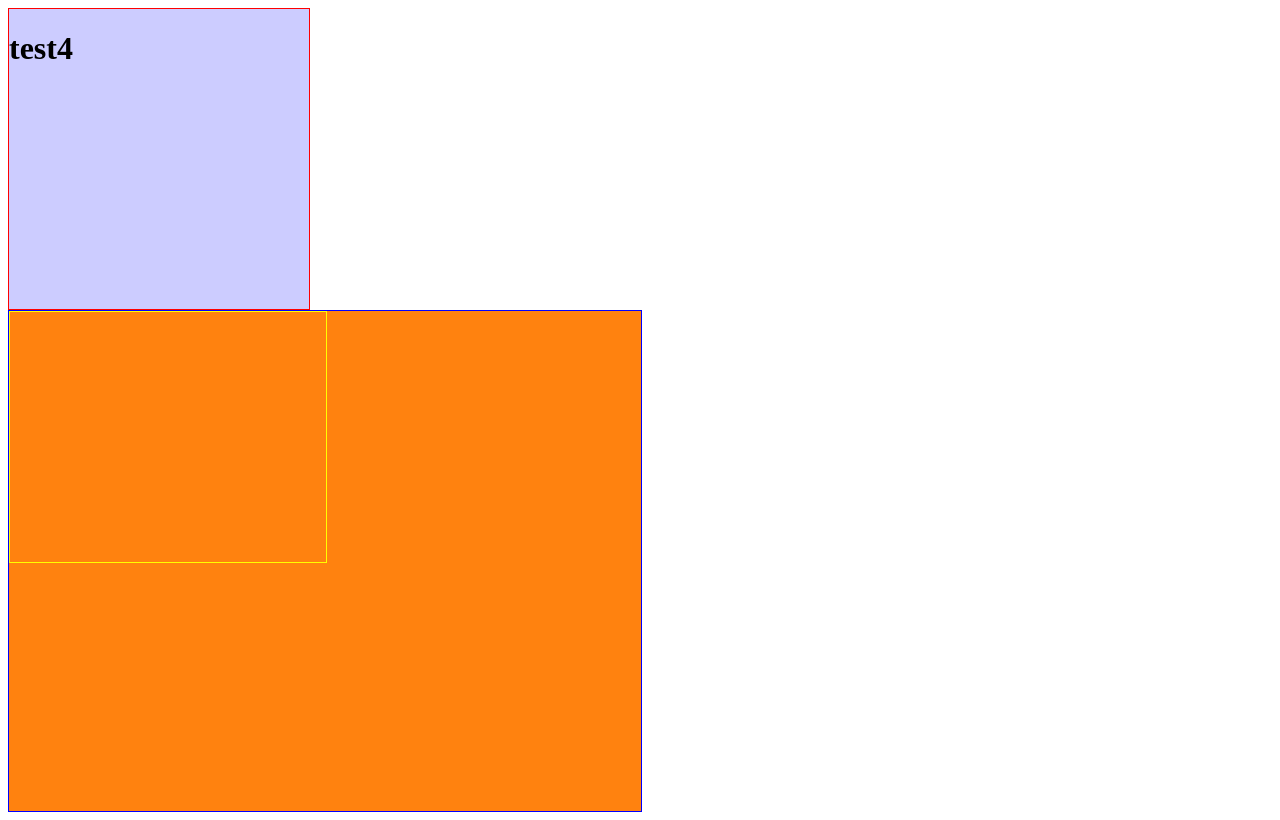
Repository: lbj0314/webTest
Page: Css_1/WebContent/css_4.html
These files come from the project's save history. The page is drawn as it stood at one moment and after the next save; the edit follows.
The browser window is 1280 px wide. The pictures show the whole page.

Above is the page before, as saved 2019-10-16 02:40:12.

After the next save:
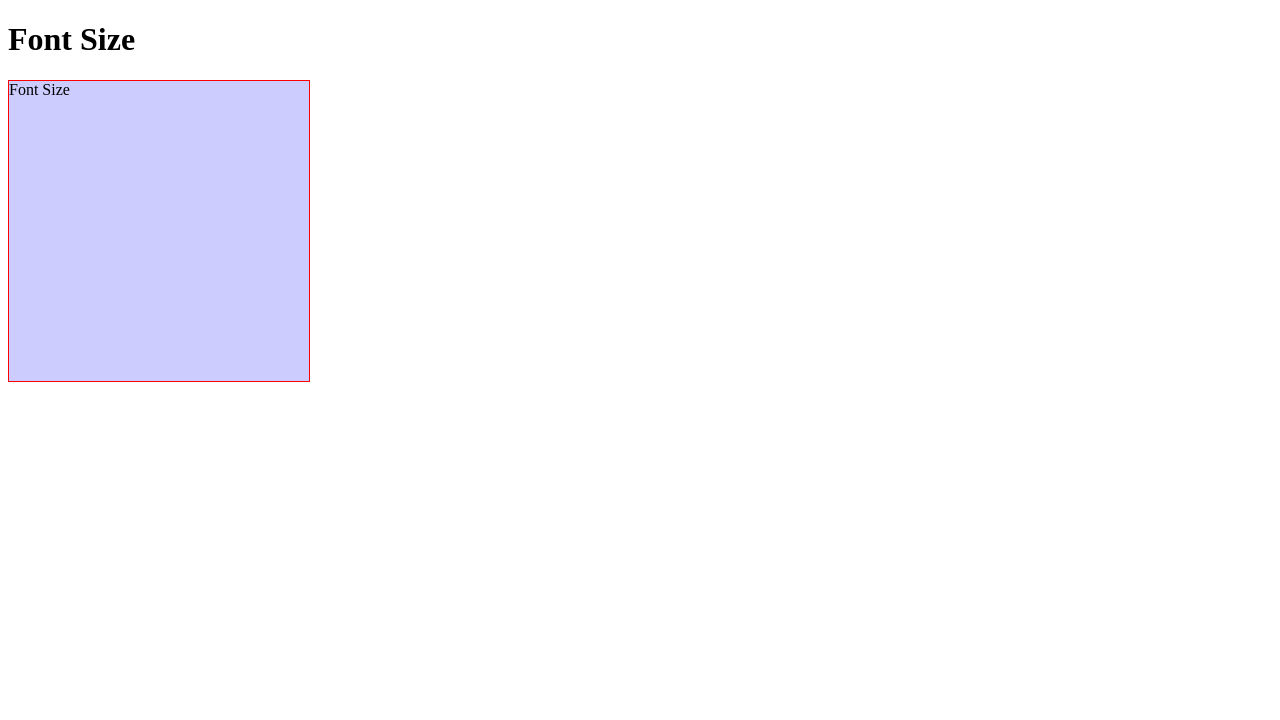
Saved 7 min 45 s later.
--- a/Css_1/WebContent/css_4.html
+++ b/Css_1/WebContent/css_4.html
@@ -11,29 +11,10 @@
 	border: 1px solid red;
 }
 
-.d2 {
-	width: 50%;
-	height: 500px;
-	background-color: #ff820f;
-	border: 1px solid blue;
-}
-
-.d3 {
-	width: 50%;
-	height: 50%;
-	border: 1px solid yellow;
-}
 </style>
 </head>
 <body>
-	<div class="d1">
-		<div class="d4">
-			<h1>test4</h1>
-		</div>
-	</div>
-	<div class="d2">
-		<div class="d3"></div>
-	</div>
-
+	<h1>Font Size</h1>
+	<div class="d1">Font Size</div>
 </body>
 </html>
